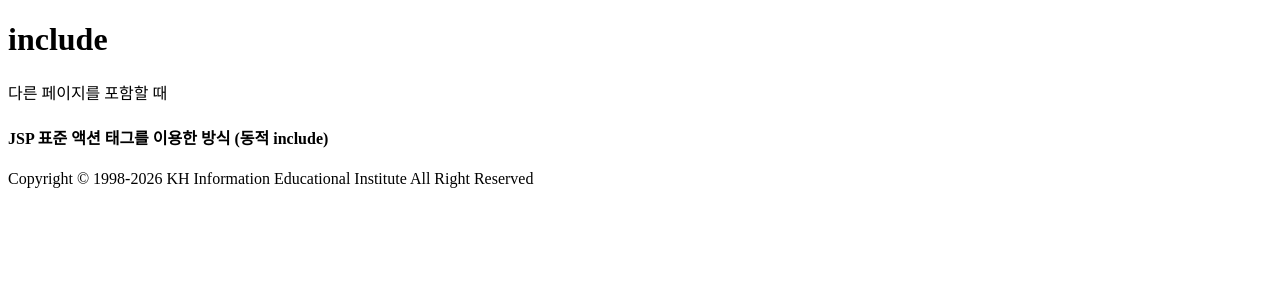
Repository: ghksl0204-shapa/dynamic-web
Page: http://localhost/ActionProject/include.do
An editor plug-in stored every save of this project. The page is shown before and after the next save, followed by the edit.
The browser window is 1280 px wide. The pictures show the whole page.
The page is served by Tomcat 9.

Above is the page before, as saved 2026-05-06 07:45:56.

After the next save:
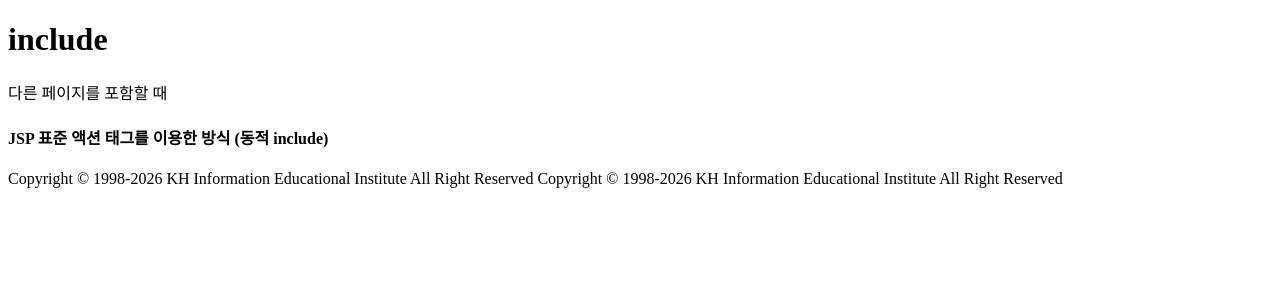
Console error: SyntaxError: Identifier 'date' has already been declared
Saved 3 min 28 s later.
--- a/ActionProject/src/main/webapp/WEB-INF/views/include.jsp
+++ b/ActionProject/src/main/webapp/WEB-INF/views/include.jsp
@@ -22,7 +22,11 @@
 
 	<jsp:include page="footer.jsp"></jsp:include>
 
-
+	<!--
+		XML 기반 기술이기 때문에 반드시 시작 태그와 종료 태그가 쌍으로 존재함!!
+		닫는 태그를 작성하지 않으면 500에러 발생
+	 -->
+	 <jsp:include page="footer.jsp" />
 
 
 
